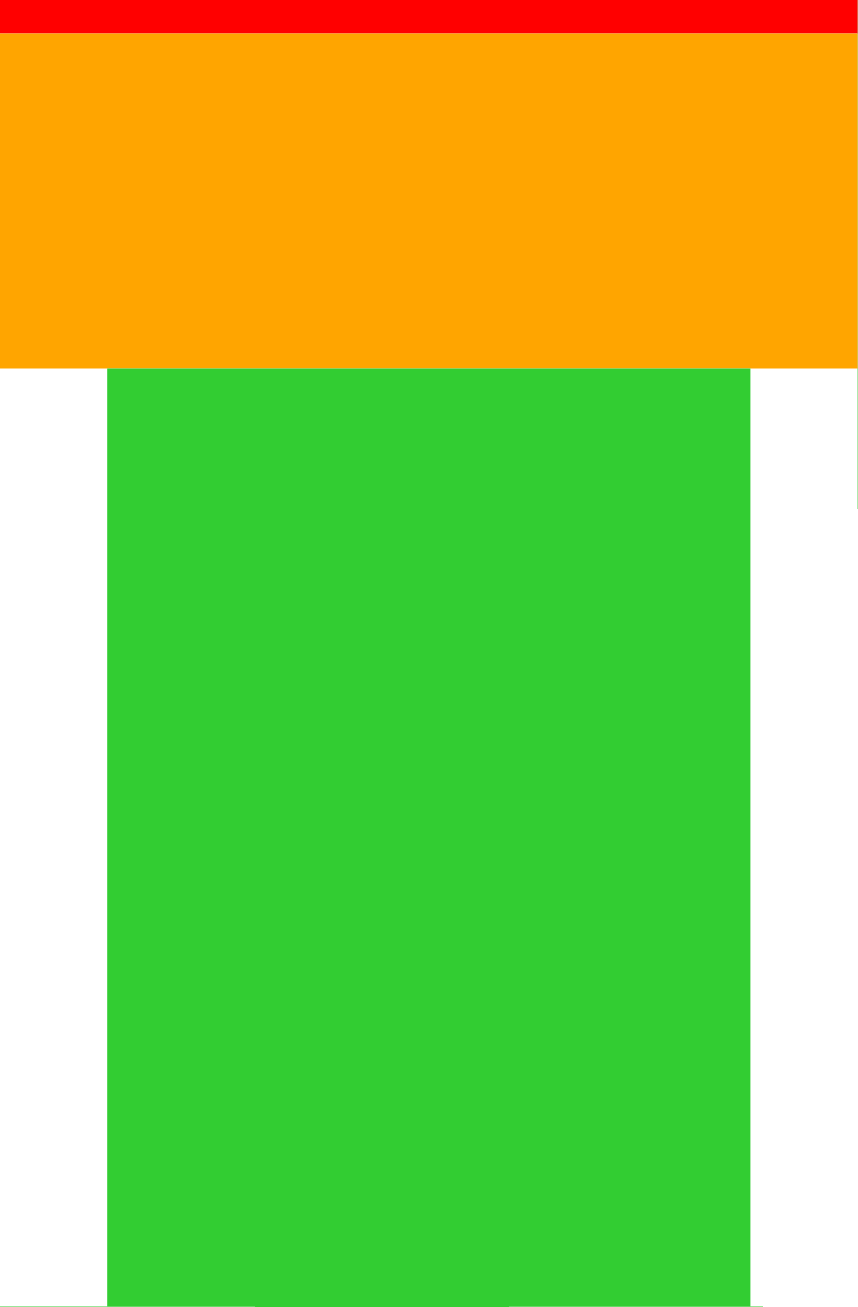
Repository: MWSO/Study_java
Page: 1-4/1-4.html
The author's editor kept a record of every edit. The page is drawn from the files as they stood at one moment, then again after the next edit.
The browser window is 1280 px wide. The pictures show the whole page, at 67% of full size.

Above is the page before.

After the next edit:
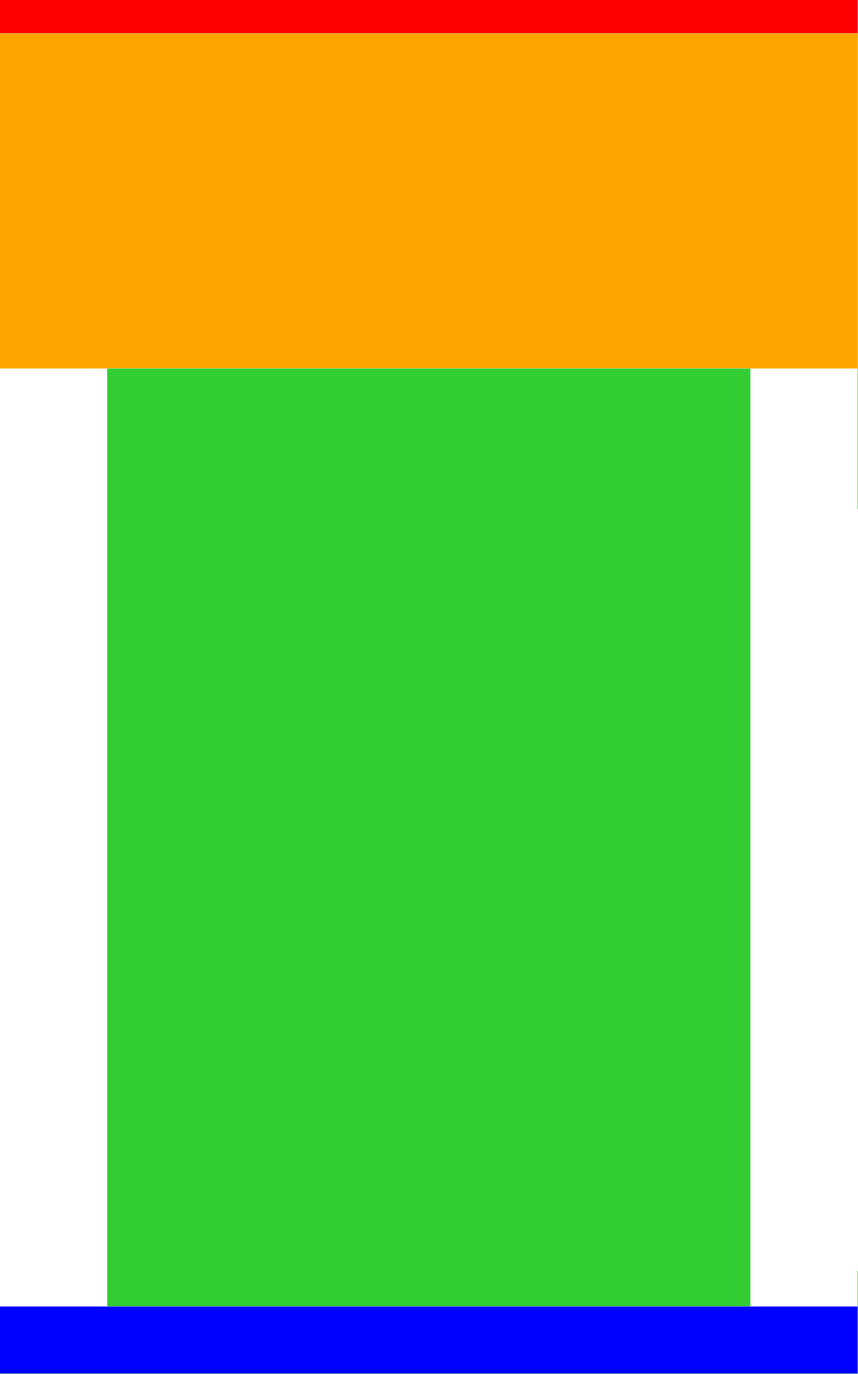
The edit:
--- a/1-4/1-4.css
+++ b/1-4/1-4.css
@@ -32,3 +32,9 @@
   background-color: green;
 
 }
+
+.footer{
+  width: 100%;
+  height: 100px;
+  background-color: blue;
+}
